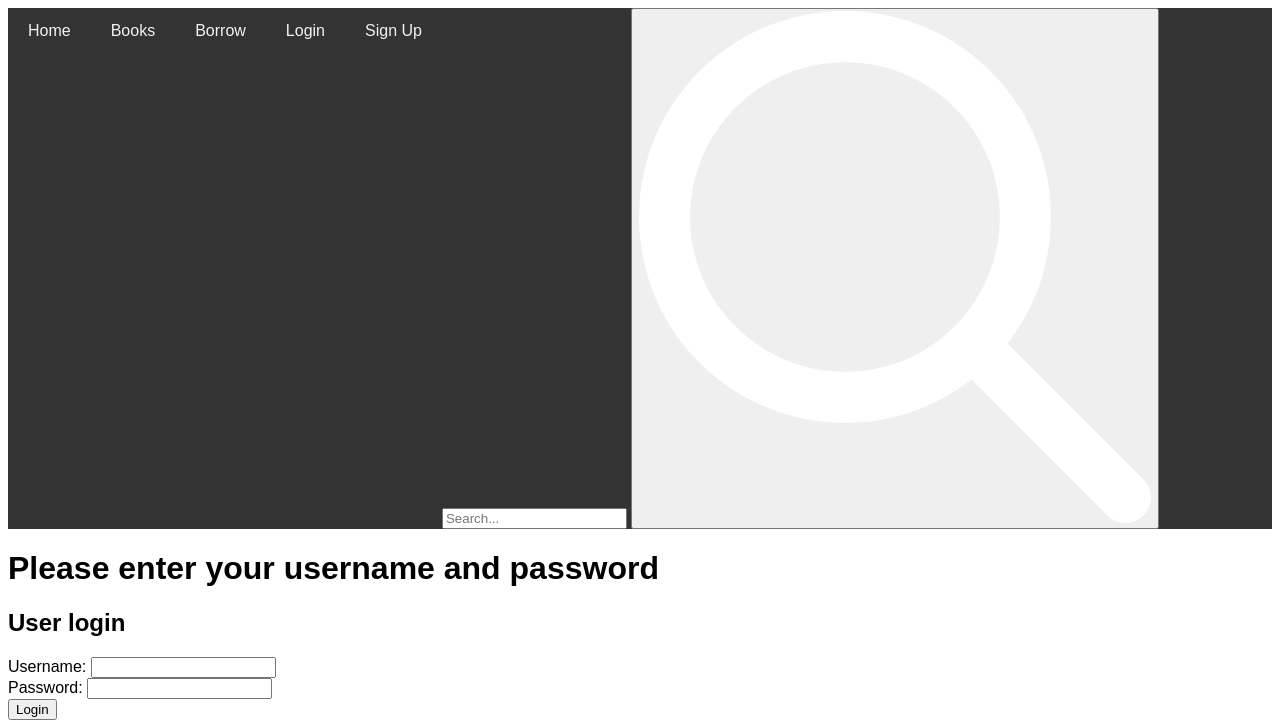
Repository: fadyesk12/Web-Technology-Course-Project
Page: auth/login.html
An editor plug-in stored every save of this project. The page is shown before and after the next save, followed by the edit.
The browser window is 1280 px wide. The pictures show the whole page.

Above is the page before, as saved 2024-04-19 02:47:22.

After the next save:
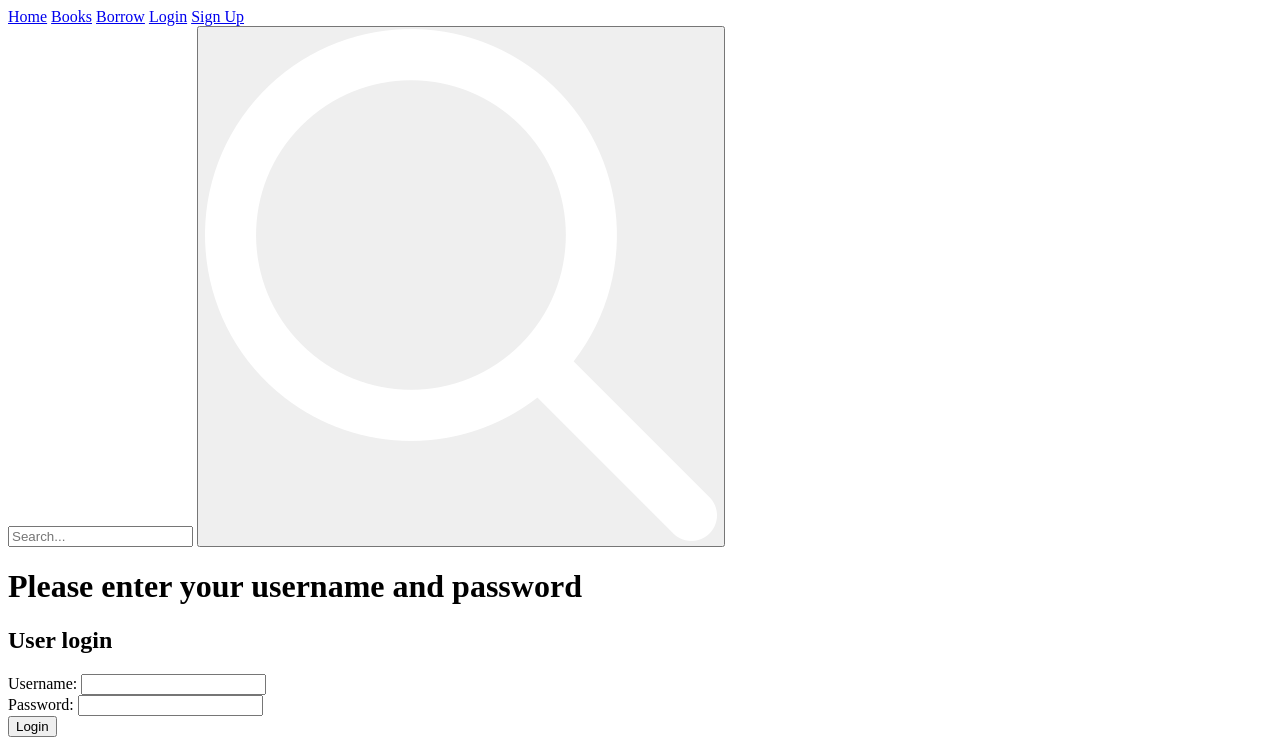
Saved 30 s later.
--- a/auth/login.html
+++ b/auth/login.html
@@ -2,27 +2,7 @@
 <html>
     <head>
         <title>User login</title>
-        <style>
-          #navbar {
-            overflow: hidden;
-            background-color: #333;
-          }
-          #navbar a {
-            float: left;
-            display: block;
-            color: #f2f2f2;
-            text-align: center;
-            padding: 14px 20px;
-            text-decoration: none;
-          }
-          #navbar a:hover {
-            background-color: #ddd;
-            color: black;
-          }
-          body {
-           font-family: Arial, sans-serif;
-          }
-        </style>
+
     </head>
     <body>
           <div id="navbar">
